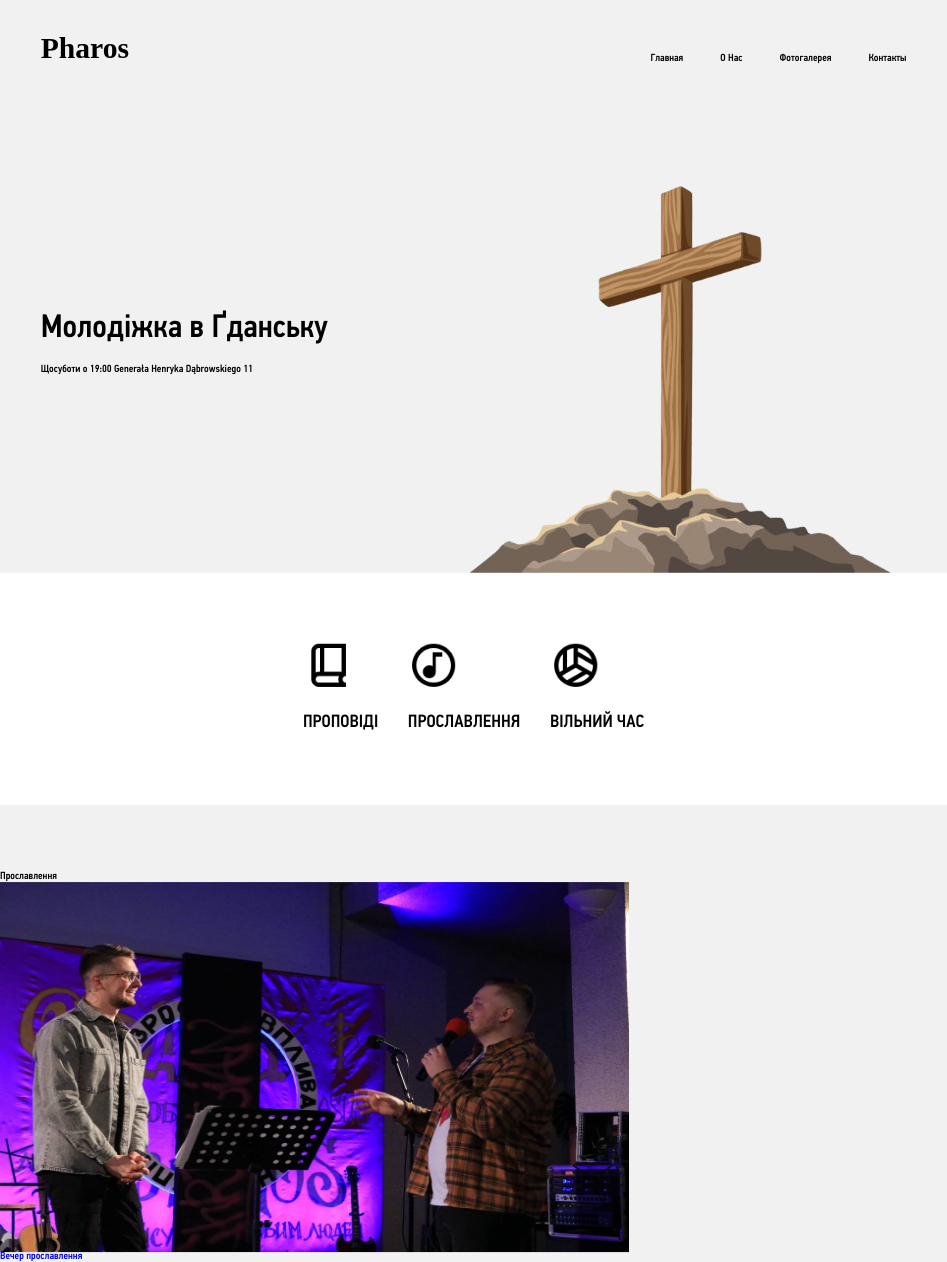
Repository: Bohdan-Sandovenko/youth-project
Page: index.html
An editor plug-in stored every save of this project. The page is shown before and after the next save, followed by the edit.
The browser window is 1280 px wide. The pictures show the part of the page from y = 0 to 1706 px (the page is 2824 px tall), at 74% of full size.
Pictures or frames that could not be fetched are drawn as grey boxes. Some web fonts or font styles are not loaded; a fallback is used. The style sheet was rebuilt from its Sass, Less or Tailwind sources for each picture, by a compiler version that may differ from the author's.

Above is the page before, as saved 2024-09-23 17:41:48.

### index.html
<!DOCTYPE html>
<html lang="en">
<head>
    <meta charset="UTF-8">
    <meta name="viewport" content="width=device-width, initial-scale=1.0">
    <title>Pharos - Christian youth</title>
    <link rel="stylesheet" href="css/style.css">
    <link rel="stylesheet" href="css/media.css">
</head>
<body>
    <header class="header">
        <div class="container">
            <!--Header nav-->
            <div class="header-nav">
                <a href="#!" class="logo">Pharos</a>
                <nav class="nav">
                    <ul class="nav-list">
                        <li class="nav-item"><a href="" class="nav-link">Главная</a></li>
                        <li class="nav-item"><a href="" class="nav-link">О Нас</a></li>
                        <li class="nav-item"><a href="" class="nav-link">Фотогалерея</a></li>
                        <li class="nav-item"><a href="" class="nav-link">Контакты</a></li>
                    </ul>
                </nav>
            </div>
            <!--header content-->
            <div class="header-row">
                <div class="header-content">
                    <h1 class="header-heading">Молодіжка в Ґданську</h1>
                    <p>Щосуботи о 19:00 Generała Henryka Dąbrowskiego 11</p>
                </div>
                <div class="header-img">
                    <img src="./img/cross-chrisitian.png" alt="">
                </div>
            </div>
        </div>
    </header>
    <section class="services">
        <div class="container">
            <div class="services-row">
                <div class="service-card">
                    <img class='service-card-img'src="./img/icons/bible.png" alt="">
                    <h3 class="service-card-title">Проповіді</h3>
                </div>

                <div class="service-card">
                    <img class='service-card-img' src="./img/icons/sing-song.png" alt="">
                    <h3 class="service-card-title">Прославлення</h3>
                </div>

                <div class="service-card">
                    <img class='service-card-img' src="./img/icons/active-games.png" alt="">
                    <h3 class="service-card-title">Вільний час</h3>
                </div>
            </div>
        </div>
    </section>
    <section class="images">
        <div class="container">
            <div class="images-title">
                <h2 class="title-1">Прославлення</h2>
            </div>
            <div class="images-about-us">
                <img src="img/sermons.jpg" alt="" class="about-image">
                <h3 class="worhip-title"><a href="#!">Вечер прославлення</a></h3>
            </div>

            <div class="images-about-us">
                <img src="img/worship.JPG" alt="" class="about-image">
                <h3 class="worhip-title"><a href="#!">Вечер прославлення</a></h3>
            </div>

            <div class="images-about-us">
                <img src="img/young-conversation.jpg" alt="" class="about-image">
                <h3 class="worhip-title"><a href="#!">Вечер прославлення</a></h3>
            </div>
        </div>
    </section>
    <script src="./js/main.js"></script>
</body>
</html>

### css/style.scss
@import "nullstyles.scss";

@font-face {
    font-family: 'Poppins';
    src: url('../fonts/Poppins/PFDinTextCondPro-Medium.woff2') format('woff2');
    font-weight: 900;
    font-style: bold;
    font-display: swap;
}

@font-face {
    font-family: 'Permanent Marker';
    src: url('../fonts/Permanent/PermanentMarker-Regular.woff2') format('woff2');
    font-weight: normal;
    font-style: normal;
    font-display: swap;
}

body {
    color: black;
    font-family: 'Poppins', sans-serif;

    .header {
        padding: 46px 0px 0px 0px;
        background-color: #F1F1F1;

        .container {
            max-width: 1230px;
            padding: 0 30px;
            margin: 0 auto;

            .header-nav {
                display: flex;
                justify-content: space-between;
                align-items: flex-end;
                margin-bottom: 76px;

                .logo {
                    font-family: 'Permanent Marker';
                    font-weight: 700;
                    font-size: 40px;
                    color: black;
                }

                .nav-list {
                    display: flex;
                    column-gap: 50px; //оступы между элементами
                    font-size: 14px;

                    .nav-item {
                        .nav-link {
                            color: black;

                            &:hover {
                                color: #606060;
                            }
                        }
                    }
                }
            }

            .header-row {
                display: flex;
                justify-content: space-between;
                column-gap: 30px;

                .header-content {
                    max-width: 500px;
                    align-self: center;

                    .header-heading {
                        font-weight: 600;
                        margin-bottom: 20px;
                        font-size: 44px;
                    }

                    p {
                        line-height: 2;
                    }
                }
            }
        }
    }

    //Service
    .services {
        padding: 90px 0px;

        .container {
            display: flex;
            justify-content: center;

            .services-row {
                display: flex;
                column-gap: 40px;

                .service-card {


                    .service-card-img {
                        height: 70px;
                        width: 70px;
                        margin-bottom: 30px;
                    }

                    .service-card-title {
                        font-weight: 600;
                        font-size: 24px;
                        margin-bottom: 10px;
                        text-transform: uppercase;
                    }

                    & p {
                        line-height: 2;
                    }
                }
            }
        }
    }
}

//images
.images {
    background-color: #F1F1F1;
    padding: 90px 0px;

    .container {
        .images-title {
            .title-1 {}
        }

        .images-about-us {
            .about-image {
                height: 500px;
                width: 850px;
            }

            .worhip-title {}
        }
    }
}

### css/nullstyles.scss
* {
    padding: 0;
    margin: 0;
    border: 0;
}


*,
*:before,
*:after {
    -webkit-box-sizing: border-box;
    -moz-box-sizing: border-box;
    box-sizing: border-box;
}


:focus,
:active {
    outline: none;
}

a:focus,
a:active {
    outline: none;
}


nav,
footer,
header,
aside {
    display: block;
}


html,
body {
    height: 100%;
    width: 100%;
    font-size: 100%;
    line-height: 1;
    font-size: 14px;
    -ms-text-size-adjust: 100%;
    -moz-text-size-adjust: 100%;
    -webkit-text-size-adjust: 100%;
}


input,
button,
textarea {
    font-family: inherit;
}


input::-ms-clear {
    display: none;
}

button {
    cursor: pointer;
}

button::-moz-focus-inner {
    padding: 0;
    border: 0;
}

a,
a:visited {
    text-decoration: none;
}

a:hover {
    text-decoration: none;
}

ul li {
    list-style: none;
}

img {
    vertical-align: top;
}

h1,
h2,
h3,
h4,
h5,
h6 {
    font-size: inherit;
    font-weight: 400;
}

Loaded but not shown: js/main.js (no stored copy; drawn as an empty file); css/media.scss (no stored copy; drawn as an empty file)

After the next save:
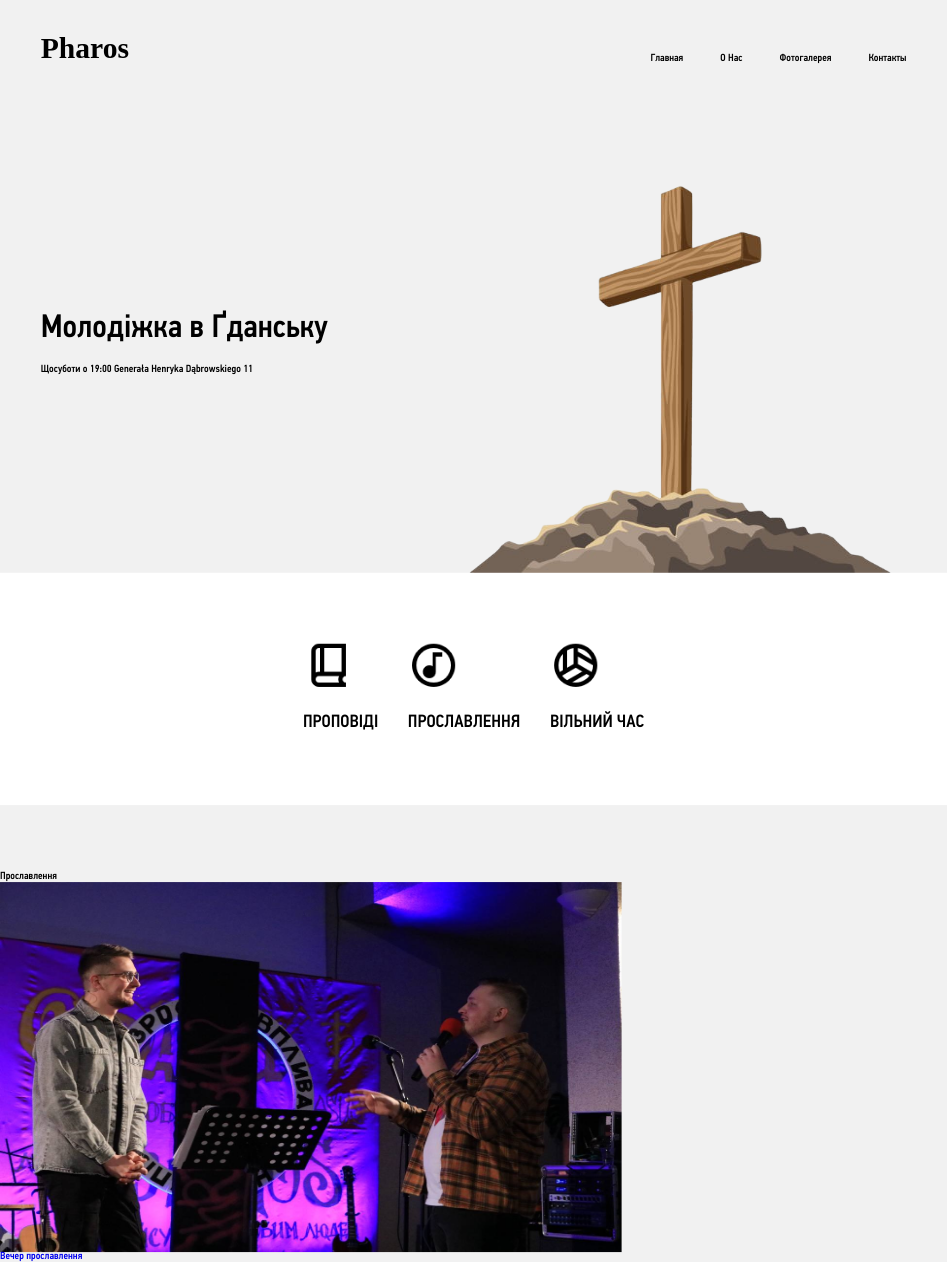
Saved 11 s later.
--- a/css/style.scss
+++ b/css/style.scss
@@ -132,7 +132,7 @@ body {
         .images-about-us {
             .about-image {
                 height: 500px;
-                width: 850px;
+                width: 840px;
             }
 
             .worhip-title {}
